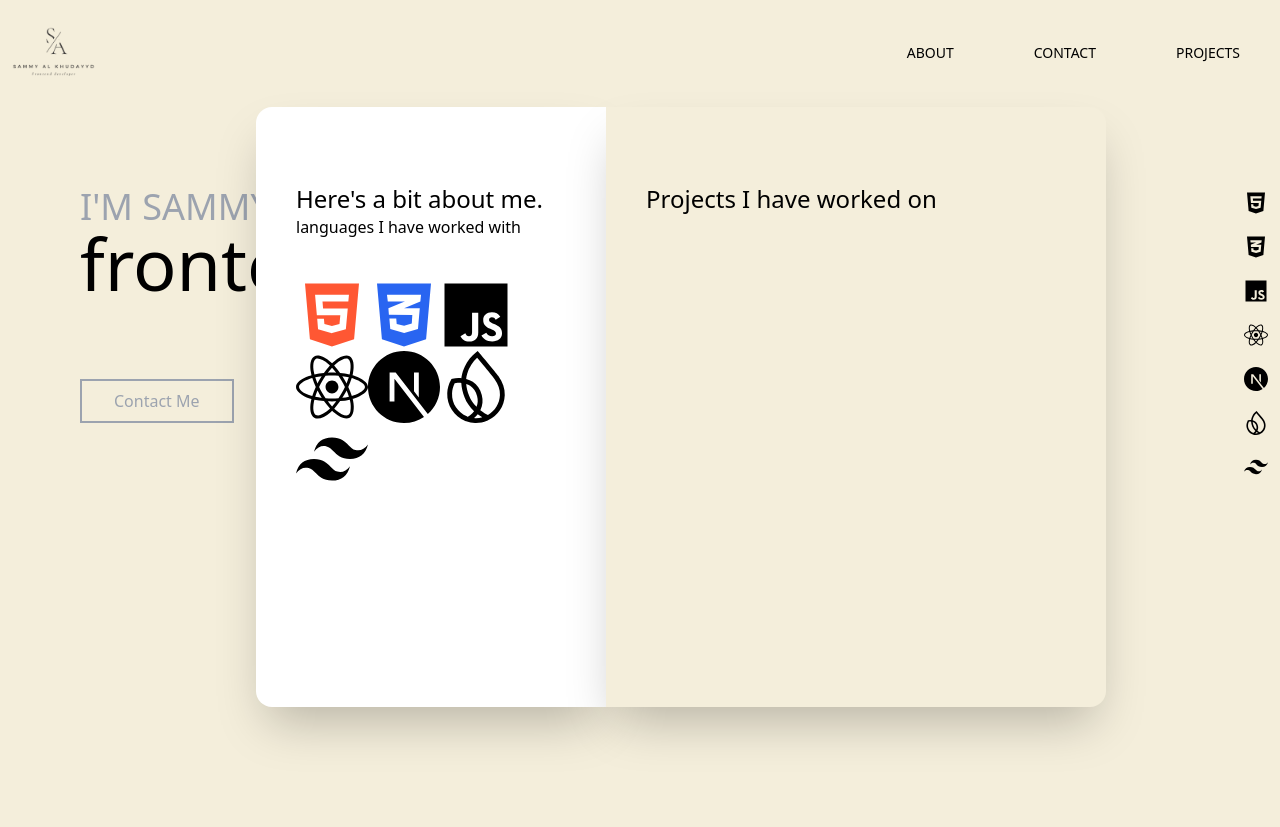
Repository: Al123Kudayyd/myportfolio
Page: /
An editor plug-in stored every save of this project. The page is shown before and after the next save, followed by the edit.
The browser window is 1280 px wide. The pictures show the whole page.
The project was rebuilt for these pictures with package versions that can differ from the ones it lists, and the page was loaded fresh each time. Also part of the build but not shown: src/components/model.js.

Above is the page before, as saved 2024-02-21 14:06:13.

### src/App.js
import Main from './components/Main';
import Nav from './components/Nav';
import Model from './components/Model'


function App() {
  return (
    <div className=" ">
      <Nav />
      <Main />

    </div>
  );
}

export default App;

### src/components/Main.jsx
import React, { useState } from 'react'
import Model from './Model'
import { LiaTimesSolid } from "react-icons/lia";
import { FaHtml5, FaReact } from "react-icons/fa";
import { FaCss3Alt } from "react-icons/fa6";
import { IoLogoJavascript } from "react-icons/io5";
import { SiNextdotjs } from "react-icons/si";
import { SiFirebase } from "react-icons/si";
import { SiTailwindcss } from "react-icons/si";
import Projects from './Projects';


function Main() {
    const [openModal, setOpenModal] = useState(false)
  return (
    <div className='relative'>
    <div className='bg-[#f4eedb] relative h-screen'>
        <div className='-z-10 pl-20 pt-20 '>
            <h1 className=''><span className='text-gray-400 font-extralight text-4xl'>I'M SAMMY AND I'M A</span>
            <br /><span className='text-7xl'>frontend developer.</span></h1>
            <button className='mt-20 border-gray-400 border-2 text-gray-400 py-2 px-8 hover:bg-gray-400 hover:text-[#f4eedb]
            transition-all duration-300'
            onClick={() => setOpenModal(true)}>
                Contact Me</button>
        </div>

    </div>
    {
        openModal && <Model btn={<LiaTimesSolid onClick={() => setOpenModal(false)} />} />
    }
    <div className='absolute top-[10%] right-0 text-2xl space-y-5 m-3'>
            <FaHtml5 />
            <FaCss3Alt />
            <IoLogoJavascript />
            <FaReact />
            <SiNextdotjs />
            <SiFirebase />
            <SiTailwindcss />
        </div>
        <Projects className='' />
    </div>
  )
}

export default Main

### src/components/Nav.jsx
import React from 'react'
import logo from '../assets/logo.png'
import { LiaBarsSolid } from "react-icons/lia";

function Nav({ }) {
  return (
    <div className='bg-[#f4eedb] relative'>
        <div className='flex justify-between items-center'>
            <img src={logo} className="w-[20%] md:w-1/12 " />
            <LiaBarsSolid className='sm:hidden text-3xl mr-5 hover:text-gray-400 cursor-pointer active:scale-[.85] transition-all duration-300' />
            <ul className='hidden sm:flex font-extralight text-sm '>
                <li className='px-10 cursor-pointer hover:text-gray-400 transition-all duration-300'>ABOUT</li>
                <li className='px-10 cursor-pointer hover:text-gray-400 transition-all duration-300'>CONTACT</li>
                <li className='px-10 cursor-pointer hover:text-gray-400 transition-all duration-300'>PROJECTS</li>
            </ul>
        </div>



    </div>
  )
}

export default Nav

### src/components/Projects.jsx
import React from 'react'
import { FaHtml5, FaReact } from "react-icons/fa";
import { FaCss3Alt } from "react-icons/fa6";
import { IoLogoJavascript } from "react-icons/io5";
import { SiNextdotjs } from "react-icons/si";
import { SiFirebase } from "react-icons/si";
import { SiTailwindcss } from "react-icons/si";

function Projects() {
  return (
    <div className='absolute top-0 left-[20%]'>
        <div className='flex justify-center items-center'>
            <div className='shadow-2xl bg-white w-[350px] h-[600px] rounded-l-2xl'>
                <div className='px-[40px] py-[76px]'>
                    <h1 className='text-2xl'>Here's a bit about me.</h1>
                    <h3 className='text-md '>languages I have worked with</h3>
                    <div className='flex flex-wrap my-10 text-7xl '>
                        <FaHtml5 className='text-[#FF5733]' />
                        <FaCss3Alt className='text-[#2965F1]' />
                        <IoLogoJavascript className='' />
                        <FaReact />
                        <SiNextdotjs />
                        <SiFirebase />
                        <SiTailwindcss />
                    </div>
                </div>

            </div>
            <div className='shadow-2xl bg-[#f4eedb] w-[500px] h-[600px] rounded-r-2xl '>
                <div className='px-[40px] py-[76px]'>
                    <h1 className='text-2xl'>Projects I have worked on</h1>
                </div>

            </div>
        </div>
    </div>
  )
}

export default Projects

### tailwind.config.js
/** @type {import('tailwindcss').Config} */
module.exports = {
  content: [
    "./src/components/Nav.{js,jsx,ts,tsx}",
    "./src/components/Main.{js,jsx,ts,tsx}",
    "./src/components/App.{js,jsx,ts,tsx}",
    "./src/components/Model.{js,jsx,ts,tsx}",
    "./src/components/Projects.{js,jsx,ts,tsx}"
  ],
  theme: {
    extend: {},
  },
  plugins: [],
}

Loaded but not shown: public/index.html (common file); src/index.js (common file); src/index.css (common file); src/reportWebVitals.js (common file)

After the next save:
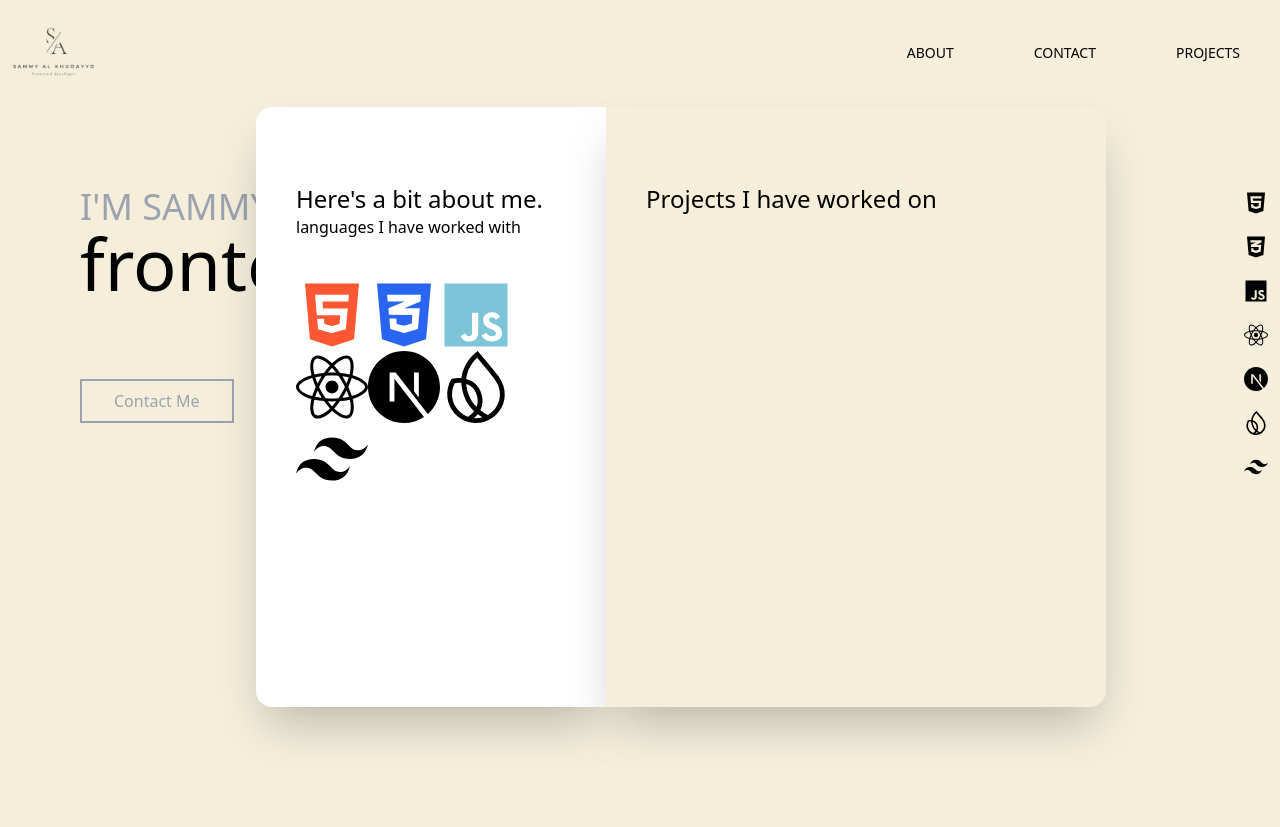
Saved 16 s later.
--- a/src/components/Projects.jsx
+++ b/src/components/Projects.jsx
@@ -17,7 +17,7 @@ function Projects() {
                     <div className='flex flex-wrap my-10 text-7xl '>
                         <FaHtml5 className='text-[#FF5733]' />
                         <FaCss3Alt className='text-[#2965F1]' />
-                        <IoLogoJavascript className='' />
+                        <IoLogoJavascript className='text-[#7CC5D9]' />
                         <FaReact />
                         <SiNextdotjs />
                         <SiFirebase />
